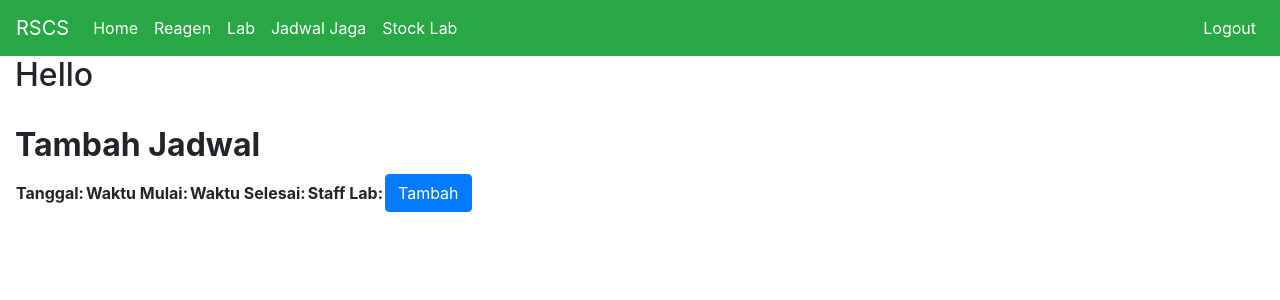
Repository: usamah1707/Tugas-Akhir-Kelompok-6
Page: http://localhost/add-Jadwal
These files come from the project's save history. The page is drawn as it stood at one moment and after the next save; the edit follows.
The browser window is 1280 px wide. The pictures show the whole page.
The page is this project's Thymeleaf template; nobody is signed in. The template is opened directly, without the code that normally fills it, so the values that code supplies are empty.

Above is the page before, as saved 2019-06-04 04:51:05.

After the next save:
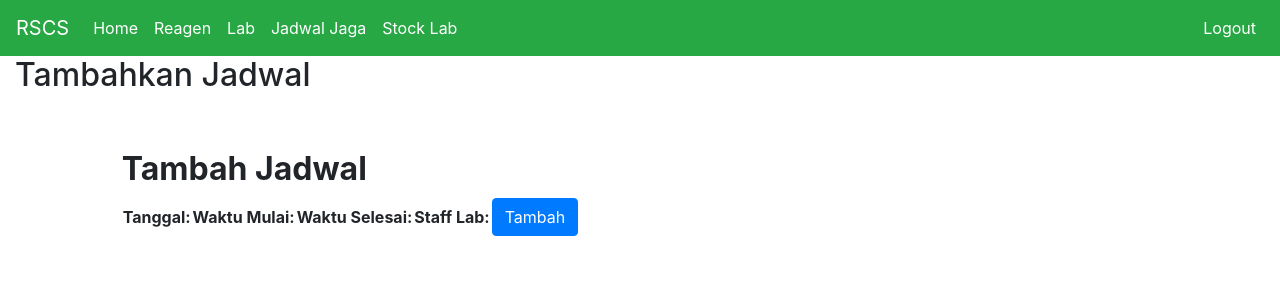
Saved 6 min 26 s later.
--- a/TA_6/src/main/resources/templates/add-Jadwal.html
+++ b/TA_6/src/main/resources/templates/add-Jadwal.html
@@ -8,7 +8,11 @@
 <body>
     <nav th:replace="fragments/fragment :: navbar"></nav>
 	<div class="container-fluid">
-		<h2>Hello</h2>
+		<h2>Tambahkan Jadwal</h2>
+		  <div class="row">
+            <span class="col-md-1"></span>
+            <div class="col-md-10">
+                    <br>
 		<div class="row">
 		<div class="col-md-6">
 			<br>
